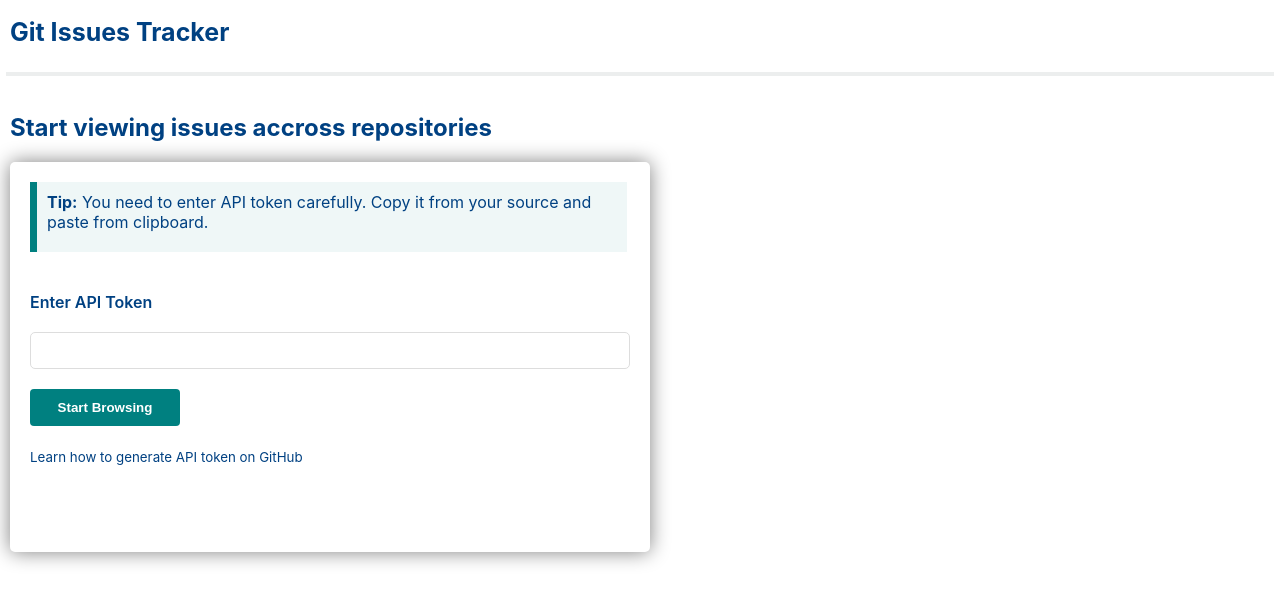
Repository: duzzisantos/github-repos-react-graphql
Page: /
These files come from the project's save history. The page is drawn as it stood at one moment and after the next save; the edit follows.
The browser window is 1280 px wide. The page is 1285 px wide, so the pictures cover 1285 px, including what lies to the right of the window. The pictures show the whole page.
The project was rebuilt for these pictures with package versions that can differ from the ones it lists, and the page was loaded fresh each time. Also part of the build but not shown: src/App.css, src/components/table/Filters.tsx, src/components/table/Pagination.tsx, src/components/table/TableComponent.tsx, src/components/table/columnHelpers.ts, src/utilities/funtions.ts, src/pages/Repositories.tsx, src/components/cards/Cards.tsx and 1 more.

Above is the page before, as saved 2024-06-17 18:21:39.

### src/index.tsx
import React from "react";
import ReactDOM from "react-dom/client";
import "./index.css";
import App from "./App";
import reportWebVitals from "./reportWebVitals";
import { BrowserRouter } from "react-router-dom";
import { ApolloProvider } from "@apollo/client";
import client from "./api/apolloClient";

const root = ReactDOM.createRoot(
  document.getElementById("root") as HTMLElement
);
root.render(
  <React.StrictMode>
    <BrowserRouter>
      <ApolloProvider client={client}>
        <App />
      </ApolloProvider>
    </BrowserRouter>
  </React.StrictMode>
);

// If you want to start measuring performance in your app, pass a function
// to log results (for example: reportWebVitals(console.log))
// or send to an analytics endpoint. Learn more: https://bit.ly/CRA-vitals
reportWebVitals();

### src/App.tsx
import React from "react";
import "./App.scss";
import "./App.css";
import { Routes, Route } from "react-router-dom";
import StartPage from "./pages/StartPage";
import Repositories from "./pages/Repositories";
import ViewRepository from "./pages/ViewRepository";

function App() {
  return (
    <div className="App">
      <h1>Git Issues Tracker</h1>
      <hr />

      <Routes>
        <Route path="/" element={<StartPage />} />
        <Route path="/start" element={<StartPage />} />
        <Route path="/repositories" element={<Repositories />} />
        <Route path="/owner/repositoryName" element={<ViewRepository />} />
      </Routes>
    </div>
  );
}

export default App;

### src/api/apolloClient.ts
import { ApolloClient, InMemoryCache, createHttpLink } from "@apollo/client";
import { setContext } from "@apollo/client/link/context";

const http = createHttpLink({
  uri: "https://api.github.com/graphql",
});

const auth = setContext((_, { headers }) => {
  const apiToken = localStorage.getItem("authToken");

  return {
    headers: {
      ...headers,
      authorization: `Bearer ${apiToken}`,
    },
  };
});

const client = new ApolloClient({
  link: auth.concat(http),
  cache: new InMemoryCache(),
});

export default client;

### src/App.scss
/* Sass variables declared here: */

$text-dark: #212529;
$text-blue: rgb(0, 65, 130);
$padding-10: 10px;
$padding-20: $padding-10 * 2;
$padding-40: $padding-20 * 2;
$selected-display: flex;
$row: row;
$column: column;
$mb-20: 20px;
$mb-40: $mb-20 * 2;
$fw-600: 600;
$rounded-box: 5px;

/* Main and start page styles*/
.App {
  display: flex;
  flex-direction: column;
}

.container {
  width: 98.8%;
  padding: $padding-10 $padding-10;
  display: flex;
  flex-direction: $column;
  justify-content: center;
  bottom: 0;
  margin-left: auto;
  color: $text-blue;
}

h1 {
  font-size: 25px;
  padding: 0 $padding-10;
  color: $text-blue;
}

hr {
  border: 2px solid rgb(236, 238, 238);
  width: 98.8%;
}

form {
  width: 600px;
  height: 350px;
  border-radius: $rounded-box;
  box-shadow: 0px 0px 20px gray;
  padding: $padding-20 $padding-20;
}

.form-group {
  display: $selected-display;
  flex-direction: $column;
}

.user-tip {
  height: 50px;
  width: 95%;
  padding: $padding-10 $padding-10;
  margin-bottom: $mb-40;
  border-left: 7px solid teal;
  background-color: rgb(239, 247, 247);
}

label {
  margin-bottom: $mb-20;
  font-weight: $fw-600;
}

input {
  @extend label;
  padding: 10px;
  border: 1px solid rgb(221, 221, 221);
  border-radius: $rounded-box;
}

.primary-btn {
  @extend label;
  width: 25%;
  padding: $padding-10;
  background-color: teal;
  border: 1px solid transparent;
  border-radius: 4px;
  color: white;
}

.read-docs {
  text-decoration: none;
  color: rgb(0, 65, 130);
}

.read-docs:hover {
  text-decoration-line: underline;
}

/* Content styles*/
.content-display {
  width: 93vw;
  background-color: green;
  overflow: auto;
  padding: $padding-20 $padding-20;
  margin-top: $mb-20;
}

.content-display > .display-items {
  width: 150%;
  background-color: red;
  padding: $padding-10 $padding-20;
}

/* Table styles */

/* Miscellaneous styles */

### src/pages/StartPage.tsx
import React from "react";
import Container from "src/components/Container";
import Form from "src/components/Form";

const StartPage = () => {
  return (
    <Container
      pageSubTitle="Start viewing issues accross repositories"
      children={<Form />}
    />
  );
};

export default StartPage;

### src/components/Container.tsx
import React from "react";

interface ContainerProps {
  pageSubTitle: string;
  repositoryOwner?: string;
  children: any;
}

const Container = ({
  pageSubTitle,
  children,
  repositoryOwner,
}: ContainerProps) => {
  return (
    <main className="container">
      <section>
        <h2>{pageSubTitle}</h2>
        <h3>{repositoryOwner}</h3>
        {children}
      </section>
    </main>
  );
};

export default Container;

### src/components/Form.tsx
import React, { useState } from "react";
import { useNavigate } from "react-router-dom";
import { useLazyQuery } from "@apollo/client";
import { GET_ALL_REPOSITORIES } from "src/api/queryhelper";
//We need to specify the types of data we would be utilizing as state

const Form = () => {
  const [apiToken, setApiToken] = useState("");
  const [apiPayLoad, setApiPayload] = useState([]);
  const [getRepositories, { loading, error, data }] =
    useLazyQuery(GET_ALL_REPOSITORIES);

  const navigate = useNavigate();

  const handleChange = (e: any) => {
    setApiToken(e.target.value);
  };

  const handleSubmit = () => {
    localStorage.setItem("authToken", apiToken);

    //We make the GraphQL API call here
    getRepositories()
      .then((res: any) => {
        console.log(res.data);
        setApiPayload(res.data.viewer.repositories.nodes);
      })
      .catch((err) => {
        console.warn(err?.message);
      });
  };

  if (data) {
    navigate("/repositories", {
      state: {
        //this is the result we want to consume as we navigate to the /repositories route
        data: data.viewer.repositories.nodes,
        error: error,
        loading: loading,
        apiPayLoad,
      },
    });
  }

  return (
    <form>
      <div className="user-tip">
        <strong> Tip:</strong> You need to enter API token carefully. Copy it
        from your source and paste from clipboard.
      </div>

      <div className="form-group">
        <label htmlFor="apiToken">Enter API Token</label>
        <input
          type="text"
          name="apiToken"
          id="apiToken"
          value={apiToken}
          onChange={handleChange}
        />
        <button className="primary-btn" type="button" onClick={handleSubmit}>
          Start Browsing
        </button>

        <strong>{error && error.message}</strong>
      </div>
      <small className="form-text" id="info">
        <a
          className="read-docs"
          title="Read short documentation"
          href="https://docs.github.com/en/authentication/keeping-your-account-and-data-secure/managing-your-personal-access-tokens"
        >
          Learn how to generate API token on GitHub
        </a>
      </small>
    </form>
  );
};

export default Form;

### src/api/queryhelper.ts
import { gql } from "@apollo/client";

const GET_ALL_REPOSITORIES = gql`
  query {
    viewer {
      repositories(first: 50) {
        nodes {
          id
          name
          owner {
            login
          }
          visibility
          stargazerCount
          forkCount
          url
          issues {
            totalCount
          }
          licenseInfo {
            name
          }
          updatedAt
          createdAt
        }
      }
    }
  }
`;

const GET_REPOSITORY_BY_NAME = gql`
  query ($name: NAME!) {
    node(name: $name) {
      ... on Repository {
        id
        name
        owner {
          login
        }
        visibility
        stargazerCount
        forkCount
        url
        issues {
          totalCount
        }
        licenseInfo {
          name
        }
        updatedAt
        createdAt
      }
    }
  }
`;

export { GET_ALL_REPOSITORIES, GET_REPOSITORY_BY_NAME };

Loaded but not shown: public/index.html (common file); src/index.css (common file); src/reportWebVitals.ts (common file)

After the next save:
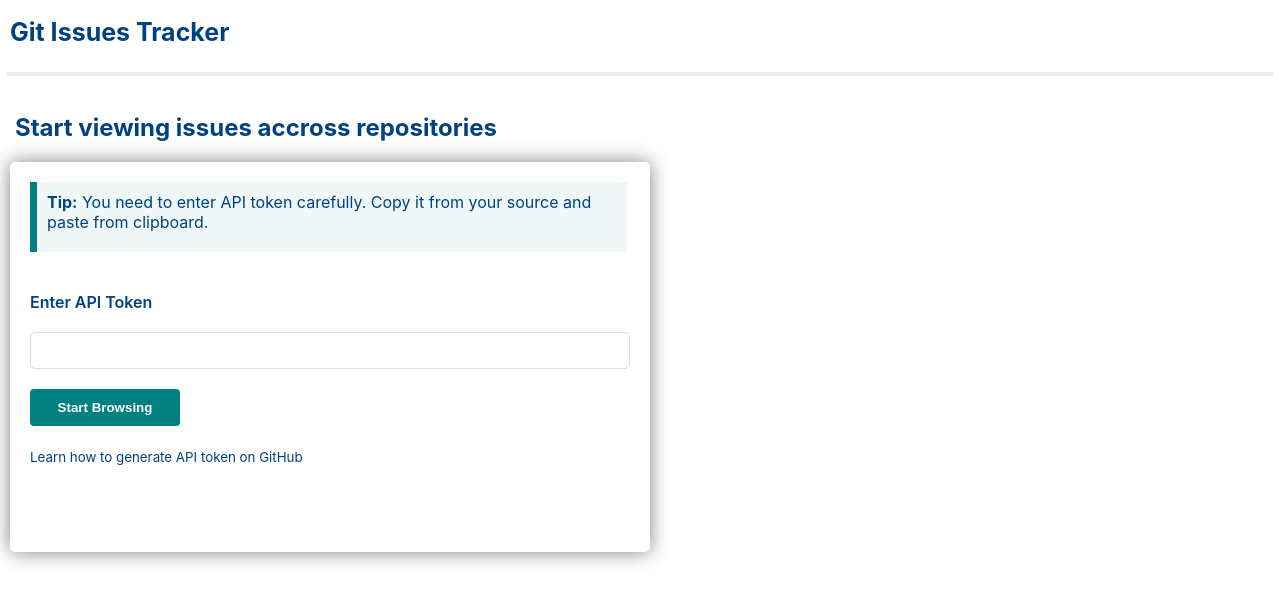
Saved 40 s later.
--- a/src/App.scss
+++ b/src/App.scss
@@ -34,6 +34,10 @@ h1 {
   font-size: 25px;
   padding: 0 $padding-10;
   color: $text-blue;
+}
+
+h2 {
+  margin-left: 5px;
 }
 
 hr {
